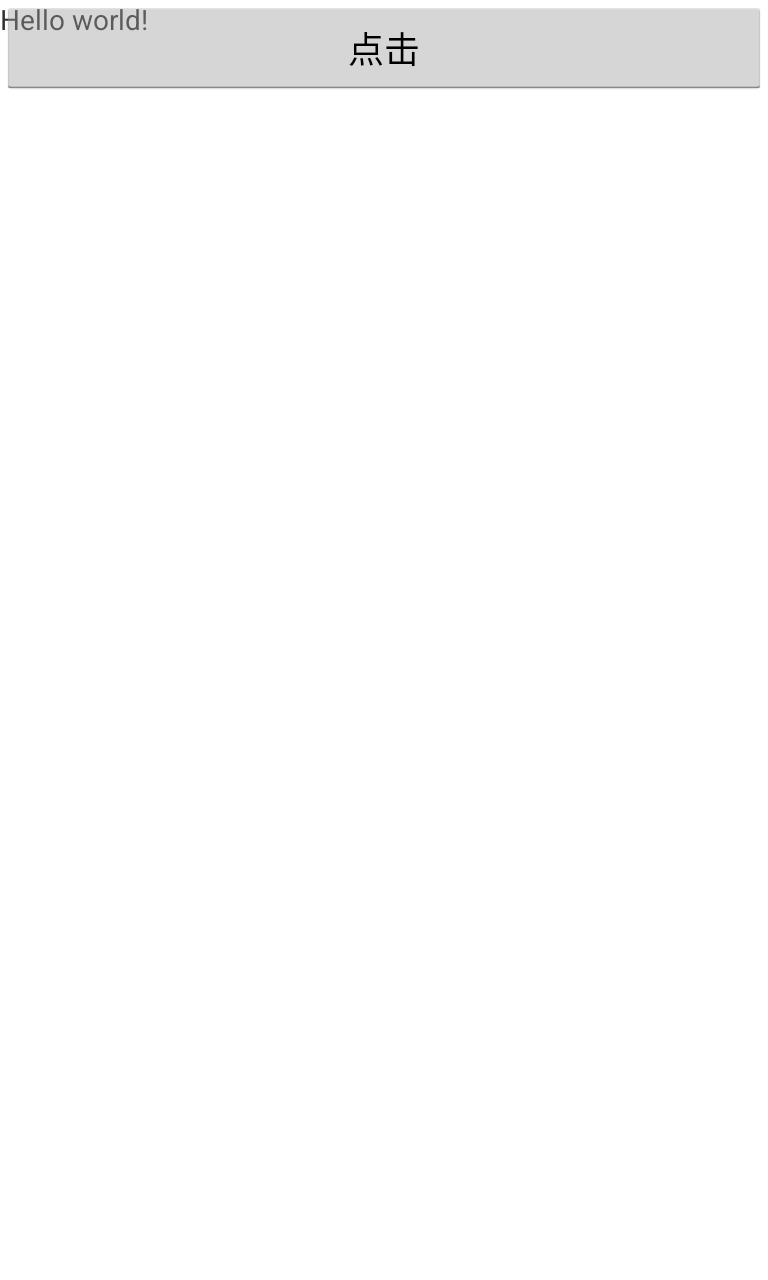
Repository: haozzzzzzzz/Android_Activity_Jump
Layout: Android_Activity_Test/res/layout/activity_second.xml
The author's editor kept a copy of each file at every save. The layout is drawn from the files as they stood at one save, then again after the next save.
It is drawn on a 768 x 1280 px phone screen (xhdpi) without system bars, with theme AppTheme; the app's code is not run.

Above is the layout before, as saved 2013-02-16 09:24:06.

### Android_Activity_Test/res/layout/activity_second.xml
<RelativeLayout xmlns:android="http://schemas.android.com/apk/res/android"
    xmlns:tools="http://schemas.android.com/tools"
    android:layout_width="match_parent"
    android:layout_height="match_parent" >

    <TextView
        android:id="@+id/secondActivity_textview"
        android:layout_width="match_parent"
        android:layout_height="match_parent"
        android:text="@string/hello_world"
        android:layout_centerHorizontal="true"
        android:layout_centerVertical="true"
        tools:context=".MainActivity" />

    <Button
        android:id="@+id/secondActivity_btn"
        android:layout_width="match_parent"
        android:layout_height="wrap_content"
        android:text="@string/btn_click"
        />

</RelativeLayout>

### Android_Activity_Test/res/values/strings.xml
<resources>

    <string name="app_name">Android_Activity_Test</string>
    <string name="hello_world">Hello world!</string>
    <string name="menu_settings">Settings</string>
    <string name="title_activity_main">MainActivity</string>
	<string name="btn_click">点击</string>
	<string name="title_activity_second">SecondActivity</string>
</resources>

Loaded but not shown: Android_Activity_Test/res/values-v11/styles.xml (common file); Android_Activity_Test/res/values-v14/styles.xml (common file); Android_Activity_Test/res/values/styles.xml (common file)

After the next save:
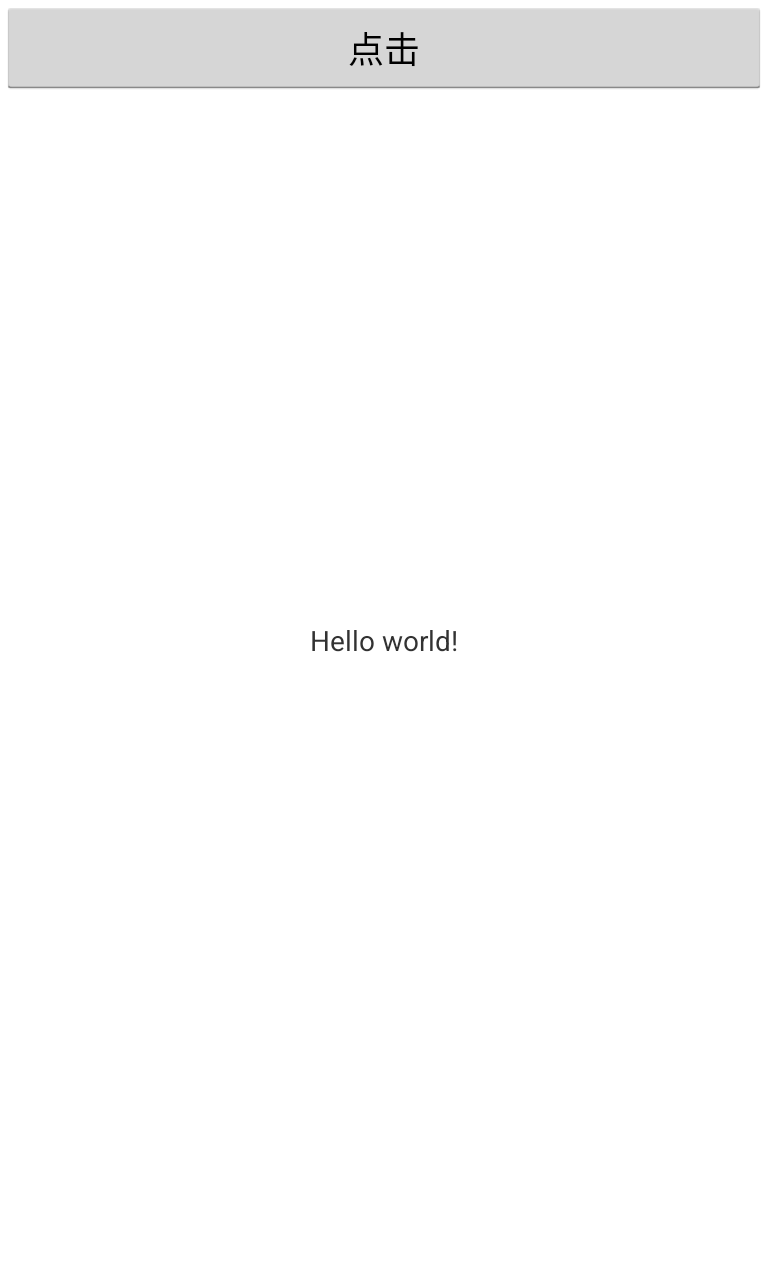
Saved 23 s later.
--- a/Android_Activity_Test/res/layout/activity_second.xml
+++ b/Android_Activity_Test/res/layout/activity_second.xml
@@ -5,8 +5,8 @@
 
     <TextView
         android:id="@+id/secondActivity_textview"
-        android:layout_width="match_parent"
-        android:layout_height="match_parent"
+        android:layout_width="wrap_content"
+        android:layout_height="wrap_content"
         android:text="@string/hello_world"
         android:layout_centerHorizontal="true"
         android:layout_centerVertical="true"
